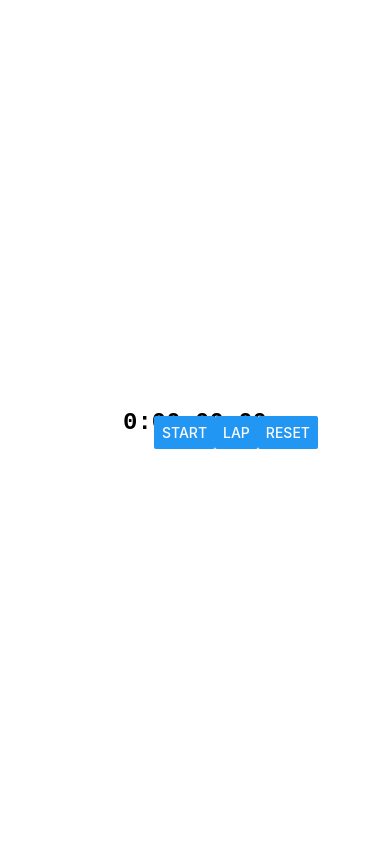
Repository: Shopify/eng-intern-assessment-react-native
Screen: /
The author's editor kept a copy of each file at every save. The screen is drawn from the files as they stood at one save, then again after the next save.
The app was drawn by React Native's web renderer in a window 390 px wide. The project was rebuilt for these pictures with package versions that can differ from the ones it lists, and the page was loaded fresh each time.

Above is the screen before, as saved 2024-01-13 12:16:22.

### App.tsx
import { StatusBar } from 'expo-status-bar';
import { StyleSheet, Text, View } from 'react-native';
import StopWatch from './src/StopWatch';

export default function App() {
  return (
    <View style={styles.container}>
      <StopWatch></StopWatch>
      <StatusBar style="auto" />
    </View>
  );
}

const styles = StyleSheet.create({
  container: {
    flex: 1,
    backgroundColor: '#fff',
    alignItems: 'center',
    justifyContent: 'center',
  },
});

### src/StopWatch.tsx
import React, { useState, useEffect } from 'react';
import { Text, View, StyleSheet } from 'react-native';
import StopWatchButton from './StopWatchButton';

const StopWatch = () => {
  const [isRunning, setIsRunning] = useState(false);
  const [timeElapsed, setTimeElapsed] = useState(0);
  const [laps, setLaps] = useState<number[]>([]);

  useEffect(() => {
    let interval: ReturnType<typeof setInterval>;
    if (isRunning) {
      interval = setInterval(() => {
        setTimeElapsed(prevTime => prevTime + 10); // Increment every 10 milliseconds
      }, 10);
    }
    return () => clearInterval(interval);
  }, [isRunning]);

  const handleStartStop = () => {
    setIsRunning(!isRunning);
  };

  const handleLap = () => {
    setLaps([...laps, timeElapsed]);
  };

  const handleReset = () => {
    setIsRunning(false);
    setTimeElapsed(0);
    setLaps([]);
  };

  const formatTime = (milliseconds: number) => {
    const hours = Math.floor(milliseconds / 3600000); // 1 Hour = 3600000 Milliseconds
    const minutes = Math.floor((milliseconds % 3600000) / 60000); // 1 Minute = 60000 Milliseconds
    const seconds = Math.floor((milliseconds % 60000) / 1000); // 1 Second = 1000 Milliseconds
    const millis = Math.floor((milliseconds % 1000) / 10); // Display only two digits for milliseconds

    return `${hours}:${minutes.toString().padStart(2, '0')}:${seconds.toString().padStart(2, '0')}.${millis.toString().padStart(2, '0')}`;
  };


  return (
    <View style={styles.container}>
      <View style={styles.timerContainer}>
        <Text style={styles.timerText}>{formatTime(timeElapsed)}</Text>
      </View>
      {laps.map((lap, index) => (
        <Text key={index} style={styles.lapText}>{`Lap ${index + 1}: ${formatTime(lap)}`}</Text>
      ))}
      <View style={styles.buttonContainer}>
        <StopWatchButton title={isRunning ? "Stop" : "Start"} onPress={handleStartStop} />
        <StopWatchButton title="Lap" onPress={handleLap} />
        <StopWatchButton title="Reset" onPress={handleReset} />
      </View>
    </View>
  );
};

const styles = StyleSheet.create({
  container: {
    flex: 1,
    justifyContent: 'center',
    alignItems: 'center',
  },
  timerWrapper: {
    width: '100%', // Full width of the parent
    alignItems: 'flex-start',
  },
  timerContainer: {
    minWidth: 250, // Adjust based on expected longest time string
    paddingHorizontal: 10,
    position: 'absolute', // Position absolutely within the wrapper
  },
  timerText: {
    fontSize: 24,
    fontWeight: 'bold',
    fontFamily: 'monospace',
    textAlign: 'center',
  },
  lapText: {
    fontSize: 16,
  },
  buttonContainer: {
    flexDirection: 'row', // This will arrange buttons side by side
    justifyContent: 'space-around',
    width: '50%', // Adjust as needed
    marginTop: 20,
  },
});

export default StopWatch;

### src/StopWatchButton.tsx
import React from 'react';
import { Button, View } from 'react-native';

type Props = {
  title: string;
  onPress: () => void;
};

const StopWatchButton: React.FC<Props> = ({ title, onPress }) => {
  return (
    <View>
      <Button title={title} onPress={onPress} />
    </View>
  );
};

export default StopWatchButton;

After the next save:
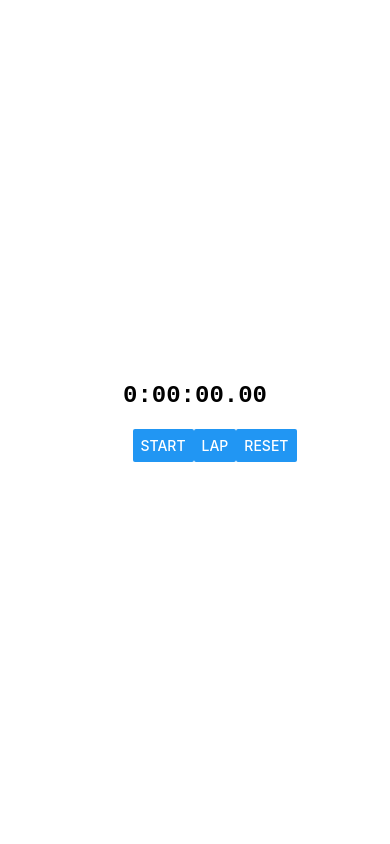
Saved 64 s later.
--- a/src/StopWatch.tsx
+++ b/src/StopWatch.tsx
@@ -43,7 +43,7 @@ const StopWatch = () => {
 
   return (
     <View style={styles.container}>
-      <View style={styles.timerContainer}>
+      <View style={styles.timerDisplayContainer}>
         <Text style={styles.timerText}>{formatTime(timeElapsed)}</Text>
       </View>
       {laps.map((lap, index) => (
@@ -66,12 +66,12 @@ const styles = StyleSheet.create({
   },
   timerWrapper: {
     width: '100%', // Full width of the parent
-    alignItems: 'flex-start',
+    alignItems: 'center',
   },
-  timerContainer: {
-    minWidth: 250, // Adjust based on expected longest time string
-    paddingHorizontal: 10,
-    position: 'absolute', // Position absolutely within the wrapper
+  timerDisplayContainer: {
+    minWidth: 250, // Ensure this is wide enough for the longest expected time string
+    justifyContent: 'center',
+    alignItems: 'center',
   },
   timerText: {
     fontSize: 24,
